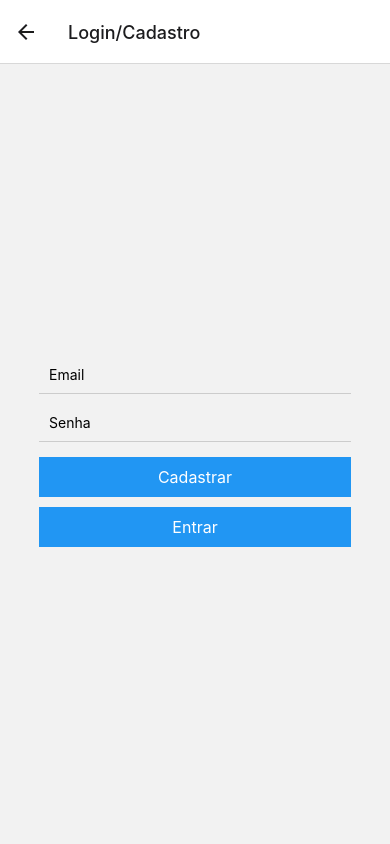
Repository: Matheus904-12/Notifire
Screen: /Auth (app in notiFire/)
These files come from the project's save history. The screen is drawn as it stood at one moment and after the next save; the edit follows.
The app was drawn by React Native's web renderer in a window 390 px wide. The project was rebuilt for these pictures with package versions that can differ from the ones it lists, and the page was loaded fresh each time. Also part of the build but not shown: notiFire/screens/SendMessageScreen.js, notiFire/screens/ConfirmationScreen.js.

Above is the screen before, as saved 2024-07-29 19:22:24.

### notiFire/App.js
import React from 'react';
import { NavigationContainer } from '@react-navigation/native';
import { createStackNavigator } from '@react-navigation/stack';
import HomeScreen from './screens/HomeScreen';
import AuthScreen from './screens/AuthScreen';
import SendMessageScreen from './screens/SendMessageScreen';
import ConfirmationScreen from './screens/ConfirmationScreen';

const Stack = createStackNavigator();

export default function App() {
  return (
    <NavigationContainer>
      <Stack.Navigator initialRouteName="Home">
        <Stack.Screen name="Home" component={HomeScreen} options={{ headerShown: false }} />
        <Stack.Screen name="Auth" component={AuthScreen} options={{ title: 'Login/Cadastro' }} />
        <Stack.Screen name="SendMessage" component={SendMessageScreen} options={{ title: 'Enviar Mensagem' }} />
        <Stack.Screen name="Confirmation" component={ConfirmationScreen} options={{ title: 'Confirmação' }} />
      </Stack.Navigator>
    </NavigationContainer>
  );
}

### notiFire/screens/HomeScreen.js
import React from 'react';
import { View, Text, StyleSheet, TouchableOpacity, Image } from 'react-native';
import { LinearGradient } from 'expo-linear-gradient';

export default function HomeScreen({ navigation }) {
  return (
    <LinearGradient
      colors={['#7f7f7f', '#191919', '#000000']} // Substitua pelas cores do seu gradiente
      style={styles.background}
    >
      <View style={styles.container}>
        <Image source={require('../assets/logo.gif')} style={styles.logo} />
        <Text style={styles.title}>Notificações Organizadas</Text>
        <TouchableOpacity style={styles.button} onPress={() => navigation.navigate('Auth')}>
          <Text style={styles.buttonText}>Vamos Lá</Text>
        </TouchableOpacity>
      </View>
    </LinearGradient>
  );
}

const styles = StyleSheet.create({
  background: {
    flex: 1,
    justifyContent: 'center',
    alignItems: 'center',
  },
  container: {
    alignItems: 'center',
  },
  logo: {
    width: 400,
    height: 200,
    marginBottom: 20,
  },
  title: {
    fontSize: 18,
    color: '#fff',
    marginBottom: 20,
  },
  button: {
    backgroundColor: '#fff',
    paddingVertical: 10,
    paddingHorizontal: 20,
    borderRadius: 5,
  },
  buttonText: {
    color: '#000',
    fontSize: 16,
  },
});

### notiFire/screens/AuthScreen.js
// screens/AuthScreen.js
import React, { useState } from 'react';
import { View, Text, TextInput, TouchableOpacity, StyleSheet } from 'react-native';
import { auth } from '../firebaseConfig';
import { createUserWithEmailAndPassword, signInWithEmailAndPassword } from 'firebase/auth';

export default function AuthScreen({ navigation }) {
  const [email, setEmail] = useState('');
  const [senha, setSenha] = useState('');

  const cadastrar = () => {
    createUserWithEmailAndPassword(auth, email, senha)
      .then(userCredential => {
        navigation.navigate('SendMessage');
      })
      .catch(error => alert(error.message));
  };

  const entrar = () => {
    signInWithEmailAndPassword(auth, email, senha)
      .then(userCredential => {
        navigation.navigate('SendMessage');
      })
      .catch(error => alert(error.message));
  };

  return (
    <View style={styles.container}>
      <TextInput
        style={styles.input}
        placeholder="Email"
        value={email}
        onChangeText={setEmail}
      />
      <TextInput
        style={styles.input}
        placeholder="Senha"
        value={senha}
        onChangeText={setSenha}
        secureTextEntry
      />
      <TouchableOpacity style={styles.button} onPress={cadastrar}>
        <Text style={styles.buttonText}>Cadastrar</Text>
      </TouchableOpacity>
      <TouchableOpacity style={styles.button} onPress={entrar}>
        <Text style={styles.buttonText}>Entrar</Text>
      </TouchableOpacity>
    </View>
  );
}

const styles = StyleSheet.create({
  container: {
    flex: 1,
    justifyContent: 'center',
    alignItems: 'center',
  },
  input: {
    width: '80%',
    padding: 10,
    marginBottom: 10,
    borderBottomWidth: 1,
    borderBottomColor: '#ccc',
  },
  button: {
    backgroundColor: '#2196F3',
    padding: 10,
    marginVertical: 5,
    width: '80%',
    alignItems: 'center',
  },
  buttonText: {
    color: '#fff',
    fontSize: 16,
  },
});

### notiFire/firebaseConfig.js
// firebaseConfig.js
import { initializeApp } from 'firebase/app';
import { getAuth } from 'firebase/auth';
import { getFirestore } from 'firebase/firestore';

const firebaseConfig = {
  apiKey: "YOUR_API_KEY",
  authDomain: "YOUR_AUTH_DOMAIN",
  projectId: "YOUR_PROJECT_ID",
  storageBucket: "YOUR_STORAGE_BUCKET",
  messagingSenderId: "YOUR_MESSAGING_SENDER_ID",
  appId: "YOUR_APP_ID",
};

const app = initializeApp(firebaseConfig);
const auth = getAuth(app);
const firestore = getFirestore(app);

export { auth, firestore };

After the next save:
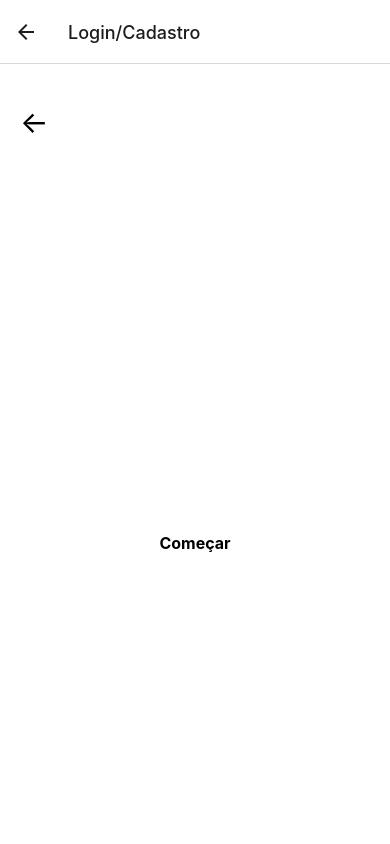
Saved 5 min 28 s later.
--- a/notiFire/screens/AuthScreen.js
+++ b/notiFire/screens/AuthScreen.js
@@ -1,20 +1,11 @@
-// screens/AuthScreen.js
 import React, { useState } from 'react';
-import { View, Text, TextInput, TouchableOpacity, StyleSheet } from 'react-native';
+import { View, Text, TextInput, TouchableOpacity, StyleSheet, ImageBackground } from 'react-native';
 import { auth } from '../firebaseConfig';
 import { createUserWithEmailAndPassword, signInWithEmailAndPassword } from 'firebase/auth';
 
 export default function AuthScreen({ navigation }) {
   const [email, setEmail] = useState('');
   const [senha, setSenha] = useState('');
-
-  const cadastrar = () => {
-    createUserWithEmailAndPassword(auth, email, senha)
-      .then(userCredential => {
-        navigation.navigate('SendMessage');
-      })
-      .catch(error => alert(error.message));
-  };
 
   const entrar = () => {
     signInWithEmailAndPassword(auth, email, senha)
@@ -25,52 +16,92 @@ export default function AuthScreen({ navigation }) {
   };
 
   return (
-    <View style={styles.container}>
-      <TextInput
-        style={styles.input}
-        placeholder="Email"
-        value={email}
-        onChangeText={setEmail}
-      />
-      <TextInput
-        style={styles.input}
-        placeholder="Senha"
-        value={senha}
-        onChangeText={setSenha}
-        secureTextEntry
-      />
-      <TouchableOpacity style={styles.button} onPress={cadastrar}>
-        <Text style={styles.buttonText}>Cadastrar</Text>
-      </TouchableOpacity>
-      <TouchableOpacity style={styles.button} onPress={entrar}>
-        <Text style={styles.buttonText}>Entrar</Text>
-      </TouchableOpacity>
-    </View>
+    <ImageBackground style={styles.background}>
+      <View style={styles.container}>
+        <TouchableOpacity style={styles.backButton} onPress={() => navigation.goBack()}>
+          <Text style={styles.backButtonText}>&larr;</Text>
+        </TouchableOpacity>
+        <Text style={styles.title}>Entrar</Text>
+        <Text style={styles.subtitle}>Faça o login para começar</Text>
+        <TextInput
+          style={styles.input}
+          placeholder="Email"
+          value={email}
+          onChangeText={setEmail}
+        />
+        <TextInput
+          style={styles.input}
+          placeholder="Senha"
+          value={senha}
+          onChangeText={setSenha}
+          secureTextEntry
+        />
+        <TouchableOpacity style={styles.button} onPress={entrar}>
+          <Text style={styles.buttonText}>Começar</Text>
+        </TouchableOpacity>
+        <TouchableOpacity onPress={() => navigation.navigate('Cadastro')}>
+          <Text style={styles.registerText}>Não sou cadastrado :(</Text>
+        </TouchableOpacity>
+      </View>
+    </ImageBackground>
   );
 }
 
 const styles = StyleSheet.create({
+  background: {
+    flex: 1,
+    backgroundColor: 'linear-gradient(180deg, rgba(255,255,255,1) 0%, rgba(0,0,0,1) 100%)',
+  },
   container: {
     flex: 1,
     justifyContent: 'center',
     alignItems: 'center',
+    padding: 20,
+  },
+  backButton: {
+    position: 'absolute',
+    top: 40,
+    left: 20,
+  },
+  backButtonText: {
+    fontSize: 30,
+    color: '#000',
+  },
+  title: {
+    fontSize: 32,
+    fontWeight: 'bold',
+    marginBottom: 10,
+    color: '#fff',
+  },
+  subtitle: {
+    fontSize: 16,
+    marginBottom: 30,
+    color: '#fff',
   },
   input: {
     width: '80%',
     padding: 10,
     marginBottom: 10,
     borderBottomWidth: 1,
-    borderBottomColor: '#ccc',
+    borderBottomColor: '#fff',
+    color: '#fff',
   },
   button: {
-    backgroundColor: '#2196F3',
-    padding: 10,
-    marginVertical: 5,
+    backgroundColor: '#fff',
+    padding: 15,
+    borderRadius: 25,
     width: '80%',
     alignItems: 'center',
+    marginTop: 20,
   },
   buttonText: {
+    color: '#000',
+    fontSize: 16,
+    fontWeight: 'bold',
+  },
+  registerText: {
     color: '#fff',
-    fontSize: 16,
+    marginTop: 20,
+    fontSize: 14,
   },
 });
